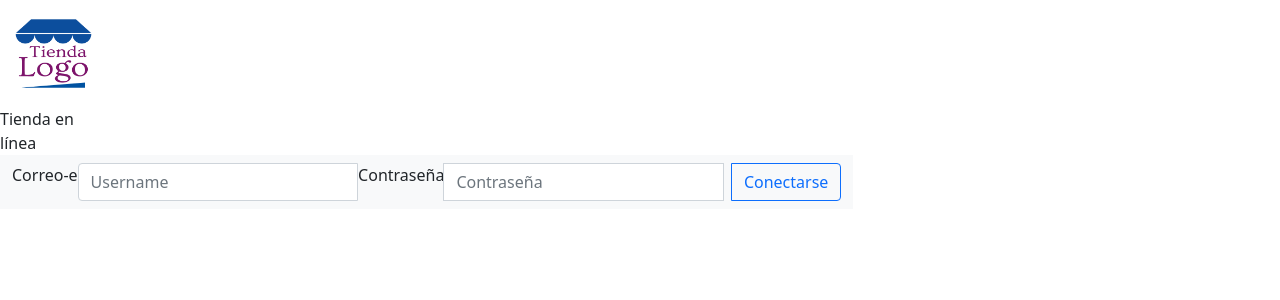
Repository: nicorp00/bootstrapSass
Page: Main/index.html
The author's editor kept a copy of each file at every save. The page is drawn from the files as they stood at one save, then again after the next save.
The browser window is 1280 px wide. The pictures show the whole page.
The style sheet was rebuilt from its Sass, Less or Tailwind sources for each picture, by a compiler version that may differ from the author's.

Above is the page before, as saved 2022-03-25 10:59:30.

After the next save:
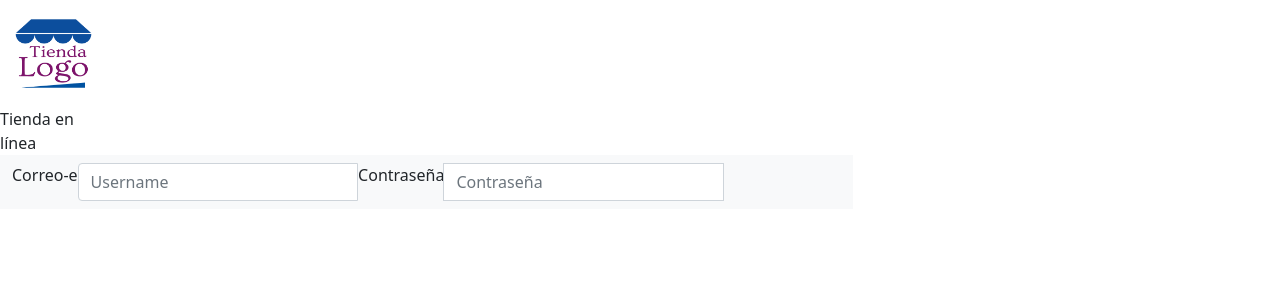
Saved 22 s later.
--- a/Main/index.html
+++ b/Main/index.html
@@ -21,7 +21,7 @@
                     <!--<span class="input-group-text" id="basic-addon1">@</span>-->
                     Correo-e<input type="text" class="form-control" placeholder="Username" aria-label="Correo@" aria-describedby="basic-addon1">
                     Contraseña<input class="form-control me-2" type="search" placeholder="Contraseña" aria-label="Search">
-                    <button class="btn btn-outline-primary" type="submit">Conectarse</button>
+                    <button class="btn btn-outline-light" type="submit">Conectarse</button>
                   </div>
                 </form>
               </nav>
